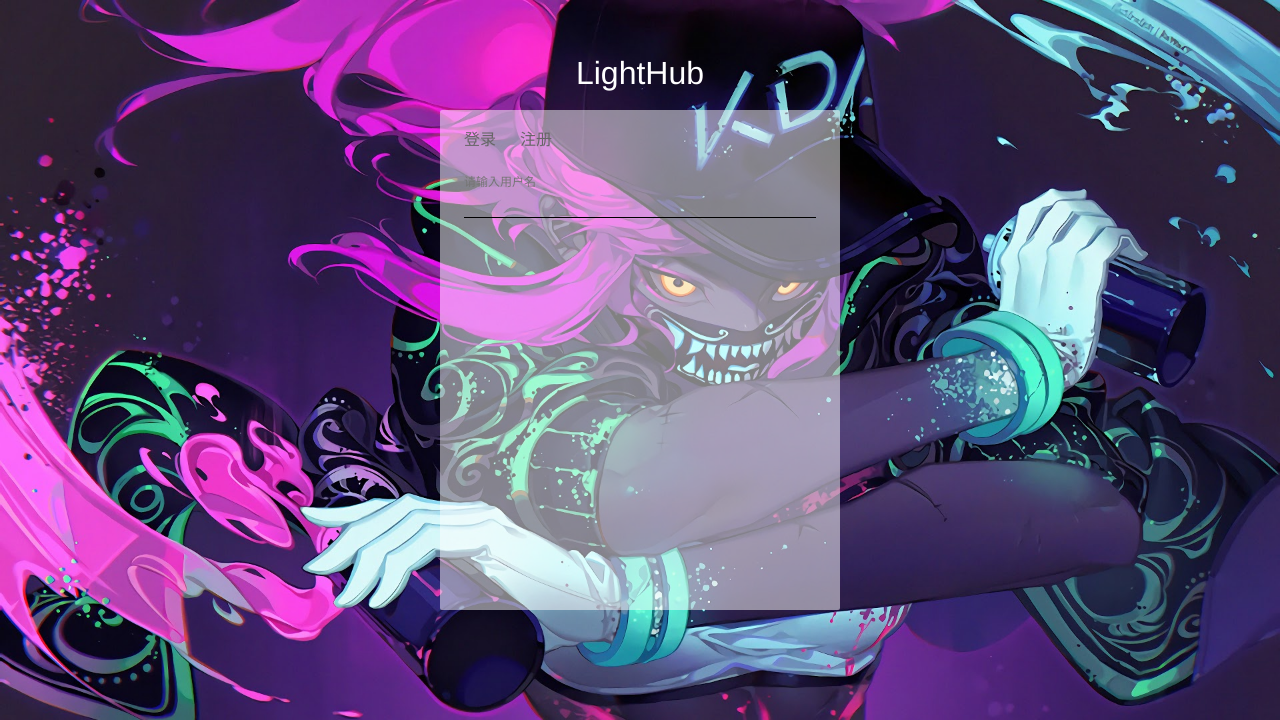
Repository: Martinell1/LightHub
Page: /login (app in LightHub/)
An editor plug-in stored every save of this project. The page is shown before and after the next save, followed by the edit.
The browser window is 1280 px wide. The pictures show the whole page.
The project was rebuilt for these pictures with package versions that can differ from the ones it lists, and the page was loaded fresh each time. Also part of the build but not shown: LightHub/vite.config.ts.

Above is the page before, as saved 2021-11-21 00:15:19.

### LightHub/src/main.ts
import { createApp } from 'vue'
import App from './App.vue'
import router from './router'
import store from './store'

createApp(App)
  .use(router)
  .use(store)
  .mount('#app')

### LightHub/src/App.vue
<template>
  <router-view></router-view>
</template>

<script setup lang="ts">

</script>

<style lang="scss">
@import "../src/css/app.scss";
</style>

### LightHub/src/router/index.ts
import { createRouter, createWebHistory } from 'vue-router'

const routes: Array<any> = [
  {
    path: '/login',
    name: 'Login',
    component: () => import('../views/Login.vue')
  },
  {
    path: '/',
    name: 'Main_Layout',
    component: () => import('../layout/Main_Layout.vue'),
    children: [
      {
        path: '/',
        name: 'Home',
        component: () => import('../views/Home.vue'),
      },
    ]
  }
]

const router = createRouter({
  history: createWebHistory(),
  routes
})


export default router

### LightHub/src/css/app.scss
:root{

}
/*css 初始化 */
html, body, ul, li, ol, dl, dd, dt, p, h1, h2, h3, h4, h5, h6,
form, fieldset, legend, img { margin:0; padding:0;}
fieldset, img,input,button { border:none; padding:0;margin:0;outline-style:none; }
ul, ol { list-style:none; }
input { padding-top:0; padding-bottom:0; font-family: "SimSun","宋体";}
select, input { vertical-align:middle; }
select, input, textarea { font-size:12px; margin:0; }
textarea { resize:none; }
img {border:0;    vertical-align:middle;}
table { border-collapse:collapse; }
body {
    font:16px Helvetica,Arial,sans-serif,Verdana,"\5b8b\4f53";
    color:#666;
    background:#fff
}
.clearfix:before,.clearfix:after{
    content:"";
    display:table;
}
.clearfix:after{clear:both;}
.clearfix{
    *zoom:1;/*IE/7/6*/
}
a{color:#666; text-decoration:none; }
a:hover{color:lightcoral;}
h1,h2,h3,h4,h5,h6{text-decoration:none;font-weight:normal;}
s,i,em{font-style:normal;text-decoration:none;}
.col-red{color: #C81623!important;}

::-webkit-scrollbar {
  width: 0 !important;
}
::-webkit-scrollbar {
  width: 0 !important;height: 0;
}

*{
  box-sizing: border-box;
}

/*公共类*/
.w{
    width: 1080px;margin:0 auto;
}
.fl {
    float:left
}
.fr {
    float:right
}
.al {
    text-align:left
}
.ac {
    text-align:center
}
.ar {
    text-align:right
}
.hide {
    display:none
}

.word-btn{
  line-height: 60px;
  height: 60px;
  cursor: pointer;
  margin-right: 24px;

  &:hover{
    font-weight: 600;
    color: #121212;
    border-bottom: 3px solid blue;
  }
}

### LightHub/src/views/Login.vue
<template>
  <div class="login-page">
    <div class="login-wrap">
      <div class="login-title">
        <h1>LightHub</h1>
      </div>
      <div class="login-tabs">
        <div class="login-tab word-btn">登录</div>
        <div class="login-tab word-btn">注册</div>
      </div>
      <div class="login-form">
        <div class="login-form-item">
          <input class="input" placeholder="请输入用户名" />
        </div>
      </div>
    </div>
  </div>
</template>

<script setup lang="ts">


</script>
<style lang='scss' scoped>
.login-page {
  display: flex;
  align-items: center;
  justify-content: center;
  width: 100vw;
  height: 100vh;
  background-image: url("../../src/assets/images/login-bg.jpg");
  background-size: cover;
  background-repeat: no-repeat;

  .login-wrap {
    position: relative;
    width: 400px;
    height: 500px;
    padding: 0 24px;
    border-radius: 2px;
    background-color: rgba($color: #ffffff, $alpha: 0.5);

    .login-title {
      position: absolute;
      left: 50%;
      transform: translate(-50%, -150%);
      color: white;
    }
  }

  .login-tabs {
    .login-tab {
      display: inline-block;
    }
  }

  .login-form {
    .login-form-item {
      height: 48px;

      input {
        width: 100%;
        line-height: 24px;
        height: 24px;
        background: transparent;
      }
      border-bottom: 1px solid black;
    }
  }
}
</style>

Loaded but not shown: LightHub/index.html (common file); LightHub/src/store/index.js (no copy from this time; the picture is the same without it)

After the next save:
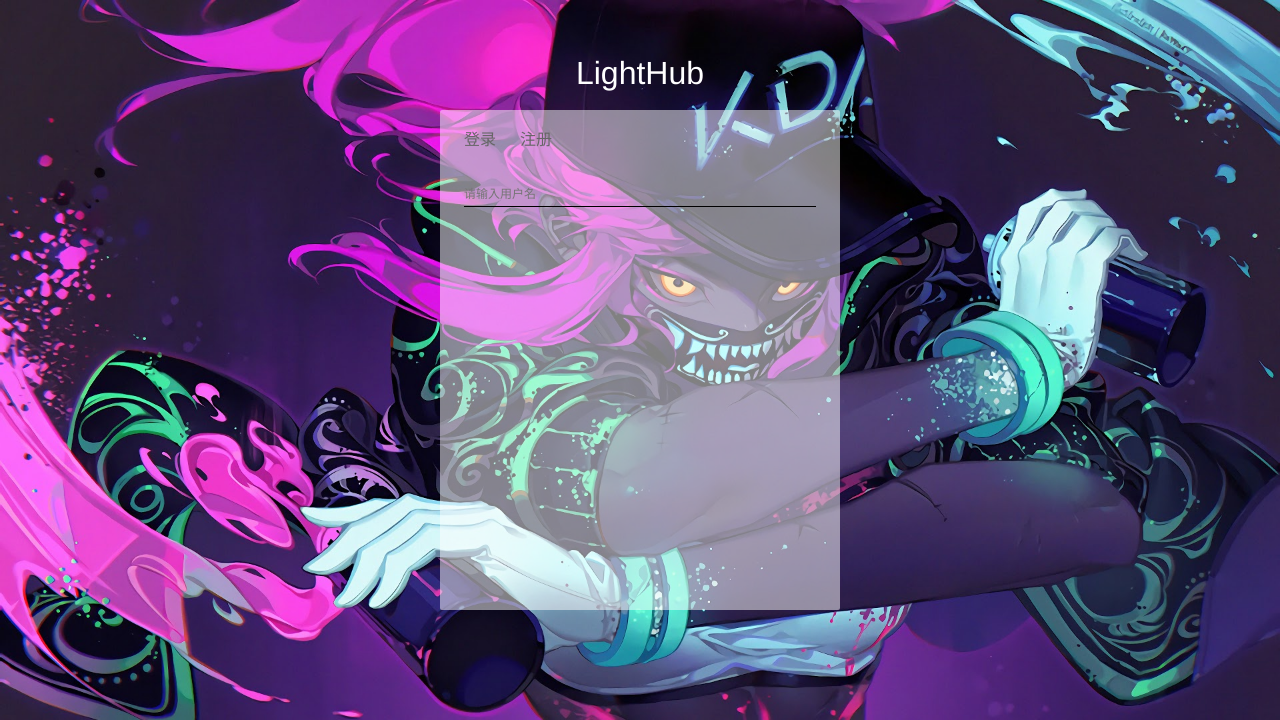
Saved 7 s later.
--- a/LightHub/src/views/Login.vue
+++ b/LightHub/src/views/Login.vue
@@ -56,7 +56,7 @@
 
   .login-form {
     .login-form-item {
-      height: 48px;
+      margin: 12px 0;
 
       input {
         width: 100%;
